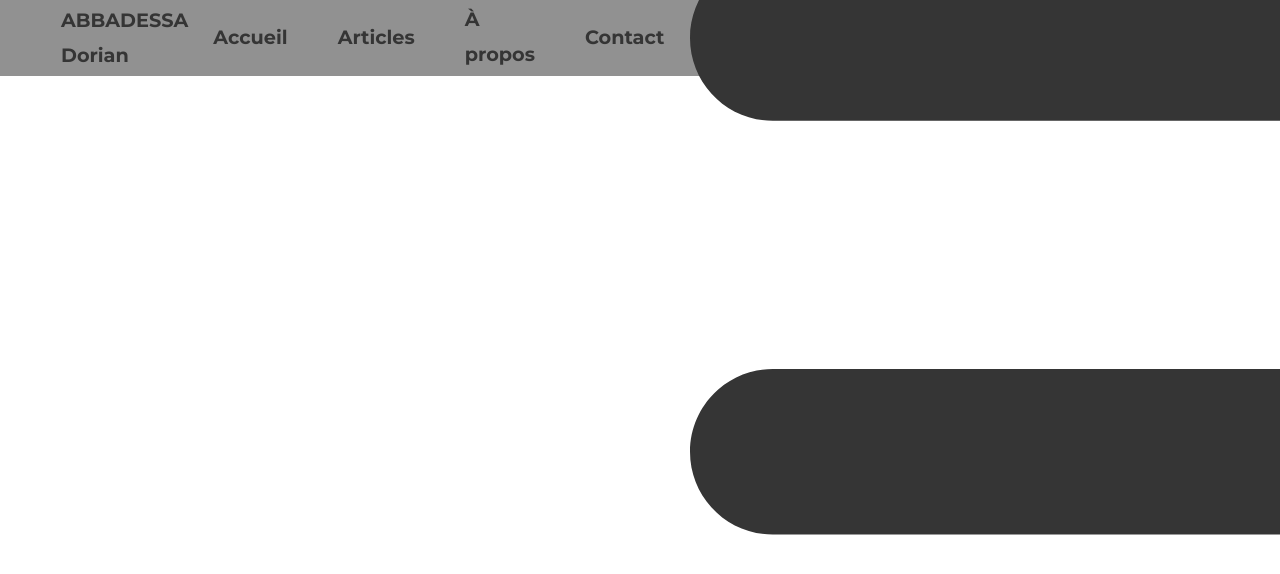
Repository: DorianABDS/Portfolio-ABBADESSA-Dorian
Page: index.html
An editor plug-in stored every save of this project. The page is shown before and after the next save, followed by the edit.
The browser window is 1280 px wide. The pictures show the whole page.

Above is the page before, as saved 2024-11-25 23:58:40.
Console error: TypeError: Cannot read properties of null (reading 'addEventListener')

### index.html
<!DOCTYPE html>
<html lang="fr">
<head>
    <meta charset="UTF-8">
    <meta name="viewport" content="width=device-width, initial-scale=1.0">
    <meta charset="UTF-8">
    <meta name="viewport" content="width=device-width, initial-scale=1.0">
    <meta name="keywords" content="Portfolio, ABBADESSA Dorian, Web developper">
    <title>ABBADESSA Dorian - Portfolio</title>
    <link rel="shortcute icon" href="/src/img/Logo Div.png">
    <link rel="stylesheet" href="style.css">
</head>
<body>
    <header class="header">
        <nav class="navbar">
            <a href="index.html" class="logo">ABBADESSA Dorian</a>
            <div class="nav-links">
                <ul>
                    <li><a href="index.html">Accueil</a></li>
                    <li><a href="articles.html">Articles</a></li>
                    <li><a href="apropos.html">À propos</a></li>
                    <li><a href="contact.html">Contact</a></li>
                </ul>
            </div>
            <img src="/src/img/bars-solid.svg" alt="menu hamburger">
        </nav>
        <div class="social">
            <a href="#" title="Facebook"><img src="/src/img/icone Github.png" alt=""></a>
            <a href="#" title="Twitter"><img src="src/img/icone Linkedin.png" alt=""></a>
        </div>
    </header>
</body>
<script>
    const menuHamburger = document.querySelector(".menu-hamburger")
    const navLinks = document.querySelector(".nav-links")
    const social = document.querySelector(".social")

    menuHamburger.addEventListener('click',()=>{
    navLinks.classList.toggle('mobile-menu')
    })
</script>
</html>

### style.css
@font-face {
    font-family: "Montserrat";
    src: url(/src/font/Montserrat-VariableFont_wght.ttf);
}

* {
    margin: 0;
    padding: 0;
    text-decoration: none;
    list-style: none;
    box-sizing: border-box;

}

html, body {
    font-size: 19.3px;
    color: rgba(0, 0, 0, .87);
    font-family: "Montserrat", sans-serif;
    line-height: 1.8;
    font-weight: 400;
}

.navbar {
    background: rgb(145, 145, 145);
    backdrop-filter: blur(10px);
    top: 0;
    left: 0;
    height: 76px;
    width: auto;
    position: fixed;
    padding-left: 61px;
    padding-right: 61px;
    width: 100%;
    display: flex;
    justify-content: space-between;
    align-items: center;
    z-index: 1;
}

.navbar a {
    color: rgb(53, 53, 53);
    font-weight: 700;
    display: inline;
}

.navbar .nav-links ul li a::after {
    content: "";
    display: block;
    height: 2px;
    background: rgb(255, 255, 255);
    transform: scale(0);
    transition: transform 0.2s ease-in-out;
}

.navbar .nav-links ul li a:hover::after {
    transform: scale(1);
}

.navbar .logo {
    transform: none;
    font-weight: 700;
}

.navbar .nav-links ul {
    display: flex;
    align-items: center;
}

.navbar .nav-links ul li {
    display: flex;
    margin: 0 25px;
}

.navbar .nav-links ul li img {
    display: flex;
    padding: -20px;
    margin-left: -23px;
}

.navbar .menu-hamburger {
    display: none;
    position: absolute;
    top: 25px;
    right: 61px;
    width: 30px;
}

.social a {
    border: solid;
}

@media  screen and (max-width: 425px) {
    .nav-links {
        display: none;
    }
}

### src/img/bars-solid.svg
<svg xmlns="http://www.w3.org/2000/svg" viewBox="0 0 448 512" fill="#353535"><!--!Font Awesome Free 6.7.0 by @fontawesome - https://fontawesome.com License - https://fontawesome.com/license/free Copyright 2024 Fonticons, Inc.--><path d="M0 96C0 78.3 14.3 64 32 64l384 0c17.7 0 32 14.3 32 32s-14.3 32-32 32L32 128C14.3 128 0 113.7 0 96zM0 256c0-17.7 14.3-32 32-32l384 0c17.7 0 32 14.3 32 32s-14.3 32-32 32L32 288c-17.7 0-32-14.3-32-32zM448 416c0 17.7-14.3 32-32 32L32 448c-17.7 0-32-14.3-32-32s14.3-32 32-32l384 0c17.7 0 32 14.3 32 32z"/></svg>

After the next save:
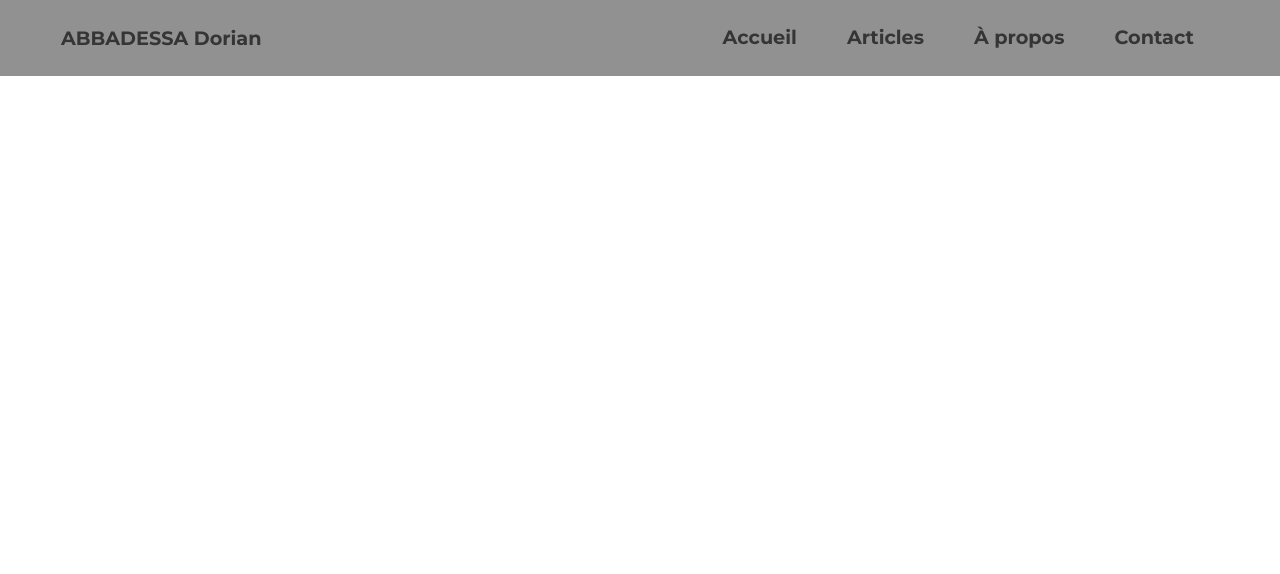
The error is gone.
Saved 10 s later.
--- a/index.html
+++ b/index.html
@@ -22,7 +22,7 @@
                     <li><a href="contact.html">Contact</a></li>
                 </ul>
             </div>
-            <img src="/src/img/bars-solid.svg" alt="menu hamburger">
+            <img src="/src/img/bars-solid.svg" alt="menu hamburger" class="menu-hamburger">
         </nav>
         <div class="social">
             <a href="#" title="Facebook"><img src="/src/img/icone Github.png" alt=""></a>
